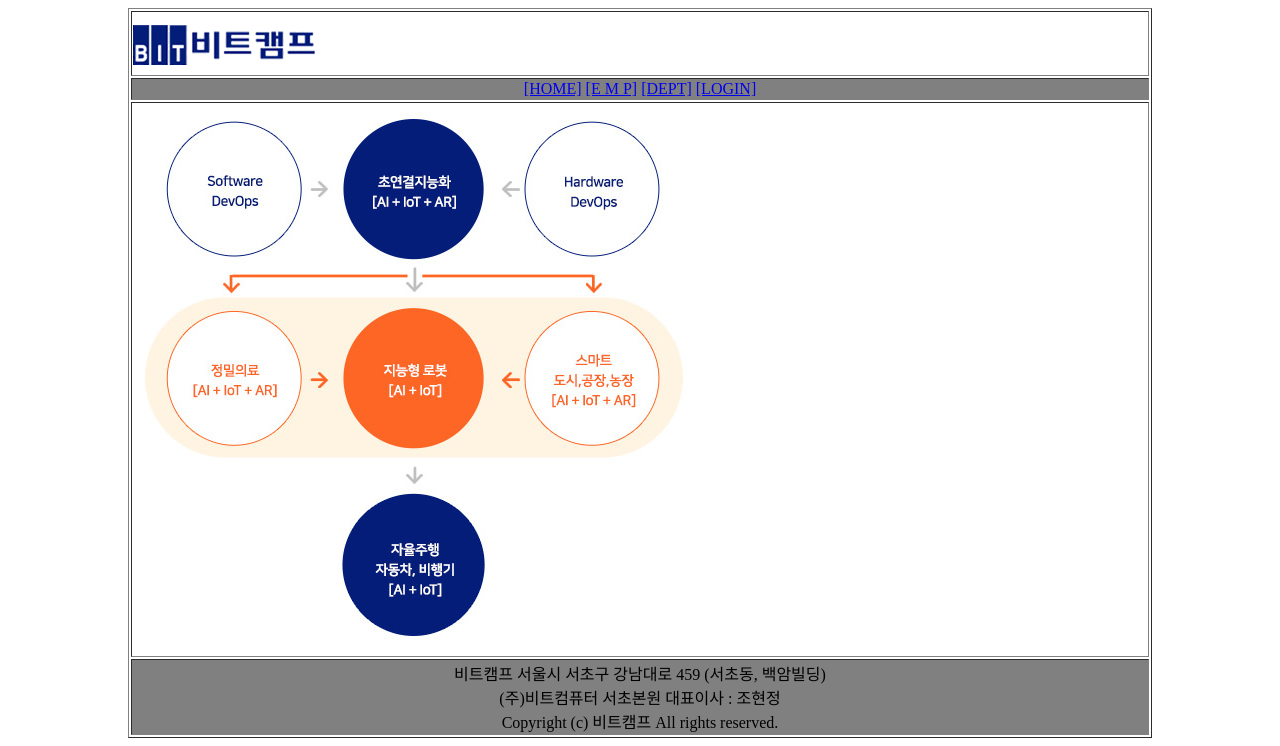
Repository: Deepsky110/LectureNotes
Page: http://localhost/web06/delete.jsp
These files come from the project's save history. The page is drawn as it stood at one moment and after the next save; the edit follows.
The browser window is 1280 px wide. The pictures show the whole page.
The page is served by Tomcat 9.

Above is the page before, as saved 2020-07-06 08:12:59.

### web06/WebContent/delete.jsp
<%@ page language="java" contentType="text/html; charset=EUC-KR"
    pageEncoding="EUC-KR"%>
<!DOCTYPE html PUBLIC "-//W3C//DTD HTML 4.01 Transitional//EN" "http://www.w3.org/TR/html4/loose.dtd">
<html>
<head>
<meta http-equiv="Content-Type" content="text/html; charset=EUC-KR">
<title>Insert title here</title>
</head>
<body>
	<table border="1" width ="1024" align="center">
		<tr>
			<td>
				<img alt="" src="/web06/img/logo.png">
			</td>
		</tr>
		<tr>
			<td bgcolor="gray" align="center">
				<a href="./">[HOME]</a>
				<a href="./list.jsp">[E M P]</a>
				<a href="#">[DEPT]</a>
				<a href="#">[LOGIN]</a>
			</td>
		</tr>
		<tr>
			<td>
				<!-- content start -->
					<img alt="" src="img/img01.jpg">
				<!-- content end -->
			</td>
		</tr>
		<tr>
			<td bgcolor="gray" align="center">
			비트캠프 서울시 서초구 강남대로 459 (서초동, 백암빌딩)<br>
			(주)비트컴퓨터 서초본원 대표이사 : 조현정<br>
			Copyright (c) 비트캠프 All rights reserved.<br>
			</td>
		</tr>
	</table>
</body>
</html>

After the next save:
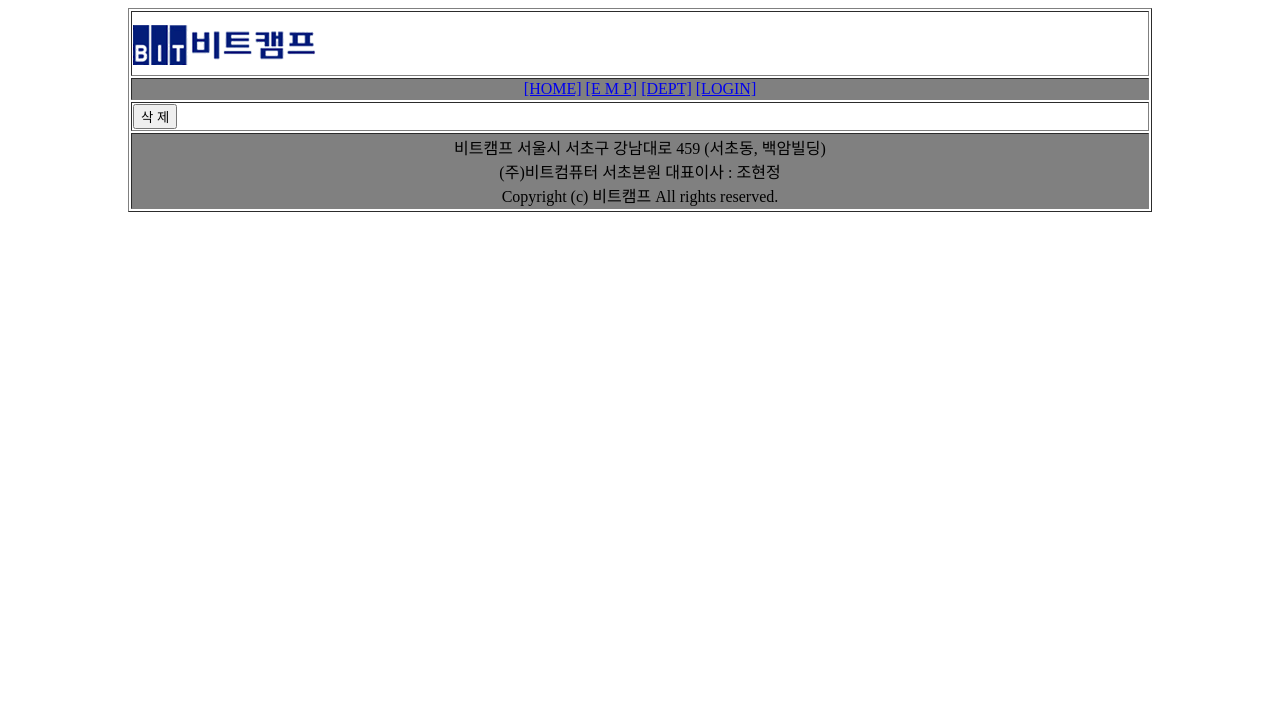
Saved 7 min 38 s later.
--- a/web06/WebContent/delete.jsp
+++ b/web06/WebContent/delete.jsp
@@ -24,7 +24,12 @@
 		<tr>
 			<td>
 				<!-- content start -->
-					<img alt="" src="img/img01.jpg">
+					<!-- POST  -->
+					<!-- GET -->
+					<form method="POST">
+						<input type="hidden" name="sabun">
+						<input type="submit" value="삭 제">
+					</form>
 				<!-- content end -->
 			</td>
 		</tr>
